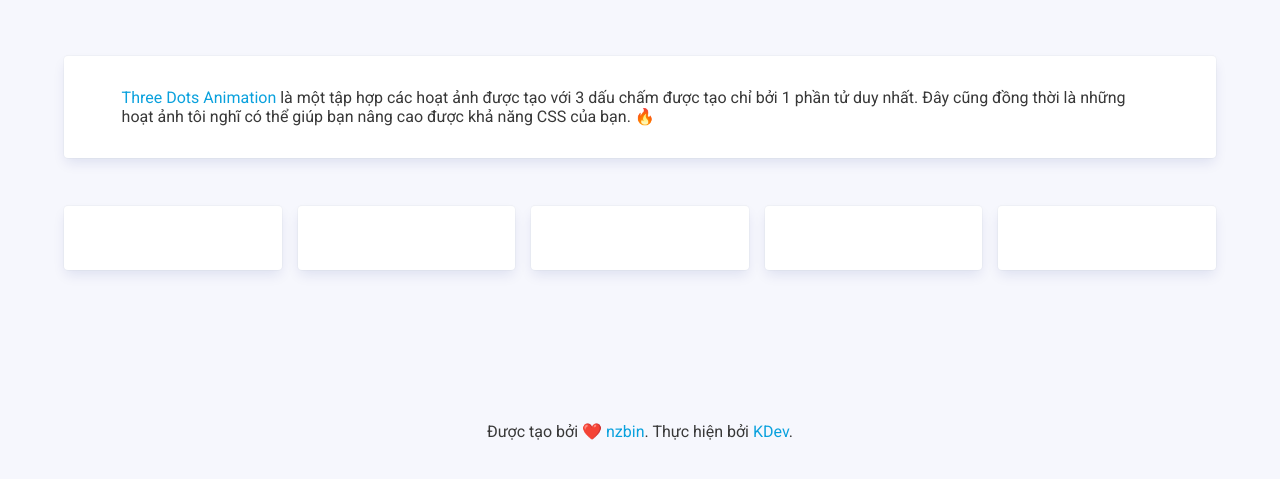
Repository: haokiet2501/lazy-loader-animation
Page: index.html
These files come from the project's save history. The page is drawn as it stood at one moment and after the next save; the edit follows.
The browser window is 1280 px wide. The pictures show the whole page.
The style sheet was rebuilt from its Sass, Less or Tailwind sources for each picture, by a compiler version that may differ from the author's.

Above is the page before, as saved 2022-05-06 19:45:23.

### index.html
<!DOCTYPE html>
<html lang="en">
<head>
    <meta charset="UTF-8">
    <meta http-equiv="X-UA-Compatible" content="IE=edge">
    <meta name="viewport" content="width=device-width, initial-scale=1.0">
    <link rel="shortcut icon" href="image/KDEV.png" type="image/x-icon">
    <link rel="stylesheet" href="sass/css/styles.css">
    <title>Three Dots Animation</title>
</head>
<body>
    <div class="container">
        <div class="title">
            <a href="/" target="_blank">Three Dots Animation</a> là một tập hợp các hoạt ảnh được tạo với 3 dấu chấm được tạo chỉ bởi 1 phần tử duy nhất. Đây cũng đồng thời là những hoạt ảnh tôi nghĩ có thể giúp bạn nâng cao được khả năng CSS của bạn. 🔥
        </div>

        <div class="row">
            <div class="title">
                <div class="stage">

                </div>
            </div>
            <div class="title">
                <div class="stage">

                </div>
            </div>
            <div class="title">
                <div class="stage">

                </div>
            </div>
            <div class="title">
                <div class="stage">

                </div>
            </div>
            <div class="title">
                <div class="stage">

                </div>
            </div>
        </div>

        <footer class="footer">
            <p>
                Được tạo bởi ❤️ <a href="https://github.com/nzbin" target="_blank">nzbin</a>.
                Thực hiện bởi <a href="/" target="_blank">KDev</a>.
            </p>
        </footer>
    </div>
</body>
</html>

### sass/styles.scss
@import 'base/base';

$color-text: #383838;
$color-line: #50dfdb;

.container {
    padding: 2rem 4rem;
}

.title {
    background: #fff;
    padding: 2rem 5%;
    margin: 1.5rem 0;
    box-shadow: 0 .4rem .8rem -.1rem rgba(0, 32, 128, .1), 0 0 0 1px #f0f2f7;
    border-radius: .25rem;
    color: $color-text;
}

.row {
    display: grid;
    grid-template-columns: repeat(auto-fill, minmax(184px, 1fr));
    gap: 24px 16px;
}

.footer {
    display: flex;
    justify-content: center;
    align-items: center;
    margin: 128px 0 20px;
}

.footer > p {
    color: $color-text;
}

### sass/base/_base.scss
@import url('https://fonts.googleapis.com/css2?family=Roboto:wght@300;400;500;700&display=swap');

*, ::before, ::after {
    margin: 0;
    padding: 0;
    box-sizing: border-box;
}

html, body {
    scroll-behavior: smooth;
    font-family: 'Roboto', sans-serif;
    background: #f6f7fd;
    height: 100%;
    overflow: auto;
}

a {
    text-decoration: none;
    color: #0AA1DD;
}

After the next save:
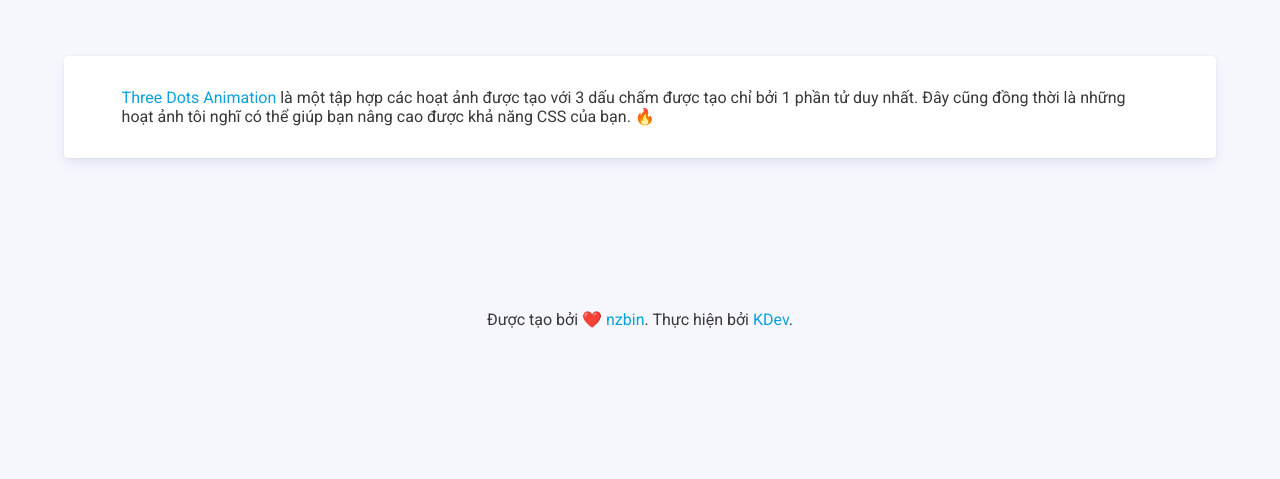
Saved 3 min 36 s later.
--- a/index.html
+++ b/index.html
@@ -15,27 +15,27 @@
         </div>
 
         <div class="row">
-            <div class="title">
+            <div class="box">
                 <div class="stage">
 
                 </div>
             </div>
-            <div class="title">
+            <div class="box">
                 <div class="stage">
 
                 </div>
             </div>
-            <div class="title">
+            <div class="box">
                 <div class="stage">
 
                 </div>
             </div>
-            <div class="title">
+            <div class="box">
                 <div class="stage">
 
                 </div>
             </div>
-            <div class="title">
+            <div class="box">
                 <div class="stage">
 
                 </div>

After the 2 saves that followed:
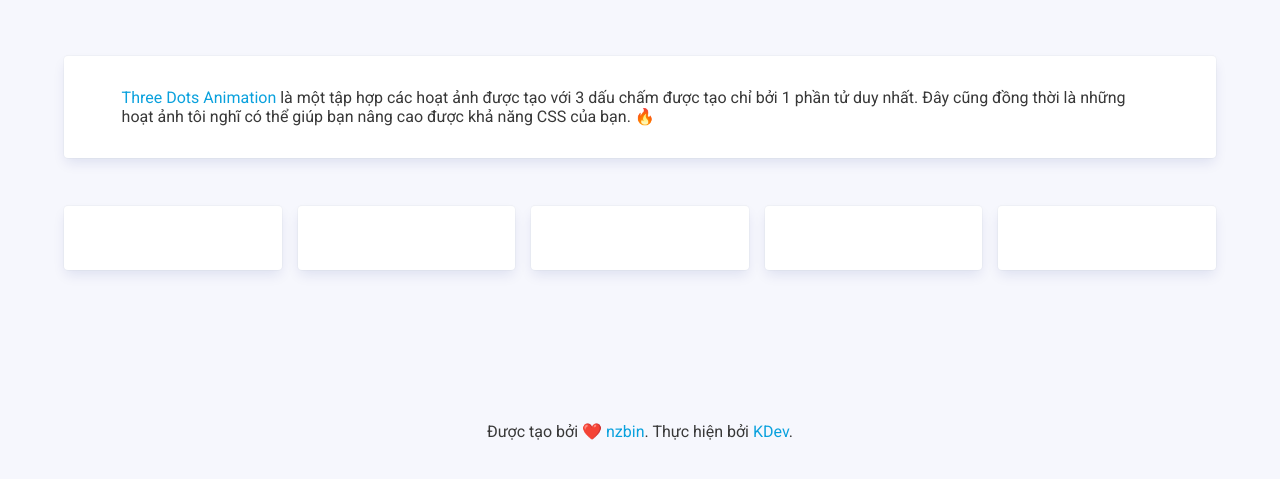
The 2 saves are shown as one change because 1 did not build or start.
The last was saved 24 s later.
--- a/sass/styles.scss
+++ b/sass/styles.scss
@@ -8,6 +8,15 @@ $color-line: #50dfdb;
 }
 
 .title {
+    background: #fff;
+    padding: 2rem 5%;
+    margin: 1.5rem 0;
+    box-shadow: 0 .4rem .8rem -.1rem rgba(0, 32, 128, .1), 0 0 0 1px #f0f2f7;
+    border-radius: .25rem;
+    color: $color-text;
+}
+
+.box {
     background: #fff;
     padding: 2rem 5%;
     margin: 1.5rem 0;
